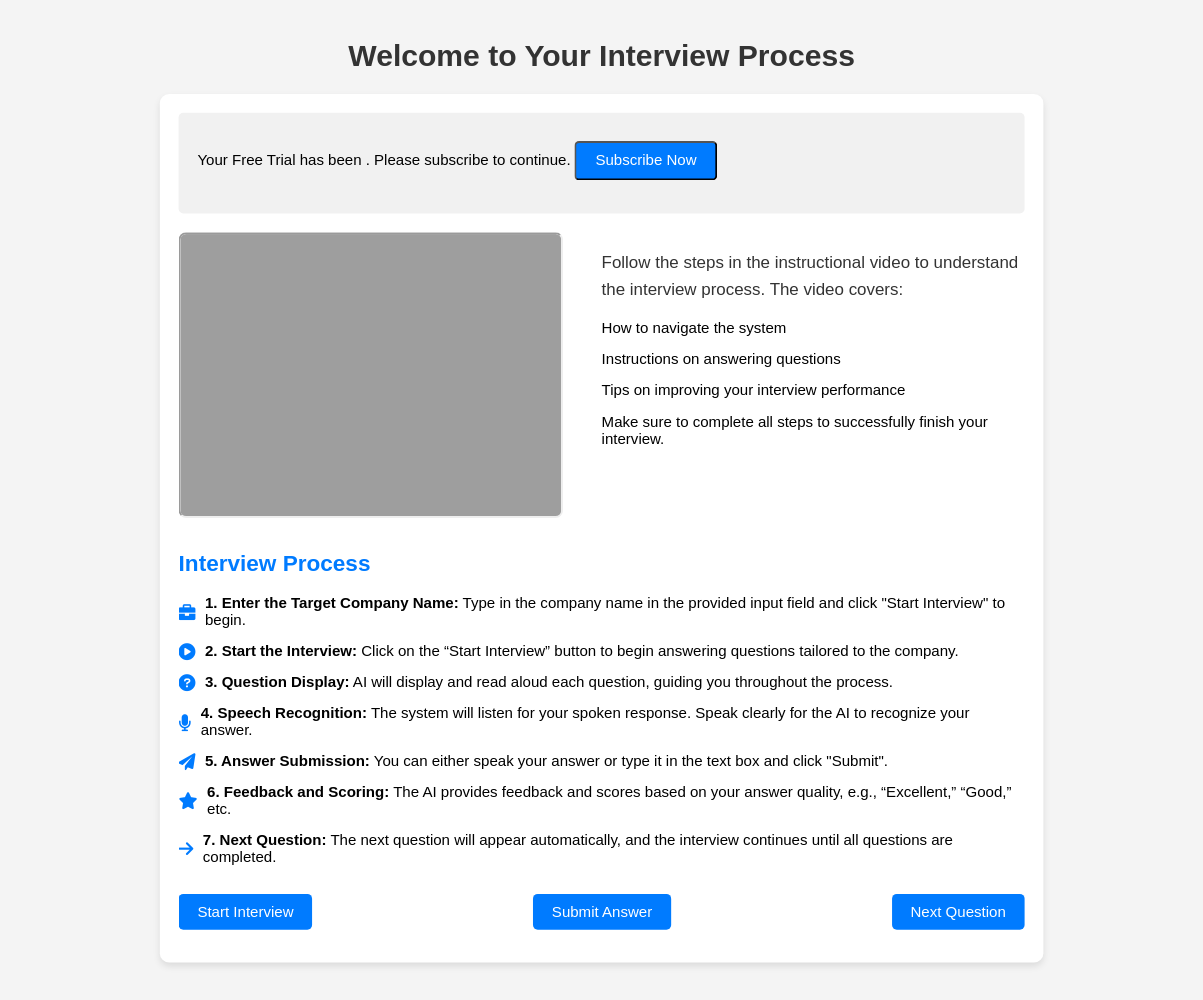
Repository: raushan22882917/Interview_platform
Page: templates/HR_Round/home.html
The author's editor kept a copy of each file at every save. The page is drawn from the files as they stood at one save, then again after the next save.
The browser window is 1280 px wide. The pictures show the whole page, at 94% of full size.
Pictures or frames that could not be fetched are drawn as grey boxes. The page is served by the project's application, run on Flask 3 (temp_code.py). The template is opened directly, without the code that normally fills it, so the values that code supplies are empty.

Above is the page before, as saved 2024-12-01 15:29:45.

### Tech_Round/templates/HR_Round/home.html
<!DOCTYPE html>
<html lang="en">
<head>
    <meta charset="UTF-8">
    <meta name="viewport" content="width=device-width, initial-scale=1.0">
    <title>Dashboard</title>
    <link href="https://cdnjs.cloudflare.com/ajax/libs/font-awesome/6.0.0-beta3/css/all.min.css" rel="stylesheet">
    <style>
        body {
            font-family: Arial, sans-serif;
            background-color: #f4f4f4;
            margin: 0;
            padding: 20px;
        }

        h1 {
            text-align: center;
            color: #333;
        }

        .process-box {
            background-color: #fff;
            padding: 20px;
            margin: 20px auto;
            border-radius: 10px;
            box-shadow: 0 4px 8px rgba(0, 0, 0, 0.1);
            width: 80%;
            max-width: 900px;
        }

        .process-box h2 {
            color: #007bff;
            font-size: 24px;
            margin-bottom: 20px;
        }

        .process-box ul {
            list-style-type: none;
            padding-left: 0;
        }

        .process-box li {
            display: flex;
            align-items: center;
            margin-bottom: 15px;
            font-size: 16px;
        }

        .process-box li i {
            font-size: 18px;
            margin-right: 10px;
            color: #007bff;
        }

        .process-box li .step {
            flex-grow: 1;
        }

        .process-box li .step span {
            font-weight: bold;
        }

        .process-box .start-button,
        .process-box .submit-button,
        .process-box .next-button,
        .process-box .subscription-button {
            display: inline-block;
            margin-top: 10px;
            background-color: #007bff;
            color: #fff;
            padding: 10px 20px;
            font-size: 16px;
            border-radius: 5px;
            text-decoration: none;
            cursor: pointer;
            margin-bottom: 15px;
        }

        .process-box .start-button:hover,
        .process-box .submit-button:hover,
        .process-box .next-button:hover,
        .process-box .subscription-button:hover {
            background-color: #0056b3;
        }

        .process-box .button-container {
            display: flex;
            justify-content: space-between;
            margin-top: 20px;
        }

        .subscription-info {
            background-color: #f1f1f1;
            padding: 20px;
            border-radius: 5px;
            margin-bottom: 20px;
        }

        /* Flexbox layout for video and text section */
        .instruction-container {
            display: flex;
            justify-content: space-between;
            margin-bottom: 30px;
        }

        .instruction-container .video {
            width: 45%;
            padding-right: 20px;
        }

        .instruction-container .text {
            width: 50%;
        }

        .instruction-container iframe {
            width: 100%;
            height: 300px;
            border-radius: 8px;
        }

        .instruction-container .text p {
            font-size: 18px;
            line-height: 1.6;
            color: #333;
        }
    </style>
</head>
<body>
    <h1>Welcome to Your Interview Process</h1>

    <div class="process-box">
        <!-- Subscription Status Section -->
        <div class="subscription-info">
            {% if button_message == "Start" %}
                You have an active subscription. You have {{ remaining_days }} days left.
                <button onclick="window.location.href='/hr_index'" class="subscription-button">Start Interview</button>
            {% elif button_message == "Renew Subscription" %}
                Your subscription has expired. Please renew it.
                <button onclick="window.location.href='/subscribe'" class="subscription-button">Renew Subscription</button>
            {% elif button_message == "Free Trial: 2 Uses Left" %}
                You have used your free trial. You have 2 uses left.
                <button onclick="window.location.href='/hr_index'" class="subscription-button">Free Trial</button>
            {% else %}
                Your Free Trial has been . Please subscribe to continue.
                <button onclick="window.location.href='/subscribe'" class="subscription-button">Subscribe Now</button>
            {% endif %}
        </div>

        <!-- Instruction Video and Text -->
        <div class="instruction-container">
            <!-- Video Section -->
            <div class="video">
                <iframe src="https://www.youtube.com/embed/VIDEO_ID" title="Instructional Video" allowfullscreen></iframe>
            </div>
            <!-- Text Section -->
            <div class="text">
                <p>
                    Follow the steps in the instructional video to understand the interview process. The video covers:
                    <ul>
                        <li>How to navigate the system</li>
                        <li>Instructions on answering questions</li>
                        <li>Tips on improving your interview performance</li>
                    </ul>
                    Make sure to complete all steps to successfully finish your interview.
                </p>
            </div>
        </div>

        <h2>Interview Process</h2>
        <ul>
            <li><i class="fas fa-briefcase"></i><div class="step"><span>1. Enter the Target Company Name:</span> Type in the company name in the provided input field and click "Start Interview" to begin.</div></li>
            <li><i class="fas fa-play-circle"></i><div class="step"><span>2. Start the Interview:</span> Click on the “Start Interview” button to begin answering questions tailored to the company.</div></li>
            <li><i class="fas fa-question-circle"></i><div class="step"><span>3. Question Display:</span> AI will display and read aloud each question, guiding you throughout the process.</div></li>
            <li><i class="fas fa-microphone"></i><div class="step"><span>4. Speech Recognition:</span> The system will listen for your spoken response. Speak clearly for the AI to recognize your answer.</div></li>
            <li><i class="fas fa-paper-plane"></i><div class="step"><span>5. Answer Submission:</span> You can either speak your answer or type it in the text box and click "Submit".</div></li>
            <li><i class="fas fa-star"></i><div class="step"><span>6. Feedback and Scoring:</span> The AI provides feedback and scores based on your answer quality, e.g., “Excellent,” “Good,” etc.</div></li>
            <li><i class="fas fa-arrow-right"></i><div class="step"><span>7. Next Question:</span> The next question will appear automatically, and the interview continues until all questions are completed.</div></li>
        </ul>

        <!-- Action buttons section -->
        <div class="button-container">
            <a href="/hr_index" class="start-button">Start Interview</a>
            <a href="/submit_answer" class="submit-button">Submit Answer</a>
            <a href="/next_question" class="next-button">Next Question</a>
        </div>
    </div>
</body>
</html>

### Tech_Round/temp_code.py
from flask import Flask, render_template, jsonify, request
import paypalrestsdk

app = Flask(__name__)

paypalrestsdk.configure({
  "mode": "sandbox", # sandbox or live
  "client_id": "AVl3kW1ZH4Tq8HG34uKdfAmQHmoLnx7eYiYrELvytySETUfm9r4vFdzNd43T8vUbhIgAhUYPCcpXl4UC",
  "client_secret": "EPLaNfxteaTDI8TE2cvG_GdTjoUi3uZW0_03Fl7-uX1ggAcUGZGeigEXv7iX4YTc-QdWwla979VcUcmu" })

@app.route('/')
def index():
    return render_template('HR_Round/pay.html')

@app.route('/payment', methods=['POST'])
def payment():

    payment = paypalrestsdk.Payment({
        "intent": "sale",
        "payer": {
            "payment_method": "paypal"},
        "redirect_urls": {
            "return_url": "http://localhost:3000/payment/execute",
            "cancel_url": "http://localhost:3000/"},
        "transactions": [{
            "item_list": {
                "items": [{
                    "name": "testitem",
                    "sku": "12345",
                    "price": "500.00",
                    "currency": "USD",
                    "quantity": 1}]},
            "amount": {
                "total": "500.00",
                "currency": "USD"},
            "description": "This is the payment transaction description."}]})

    if payment.create():
        print('Payment success!')
    else:
        print(payment.error)

    return jsonify({'paymentID' : payment.id})

@app.route('/execute', methods=['POST'])
def execute():
    success = False

    payment = paypalrestsdk.Payment.find(request.form['paymentID'])

    if payment.execute({'payer_id' : request.form['payerID']}):
        print('Execute success!')
        success = True
    else:
        print(payment.error)

    return jsonify({'success' : success})

if __name__ == '__main__':
    app.run(debug=True)

After the next save:
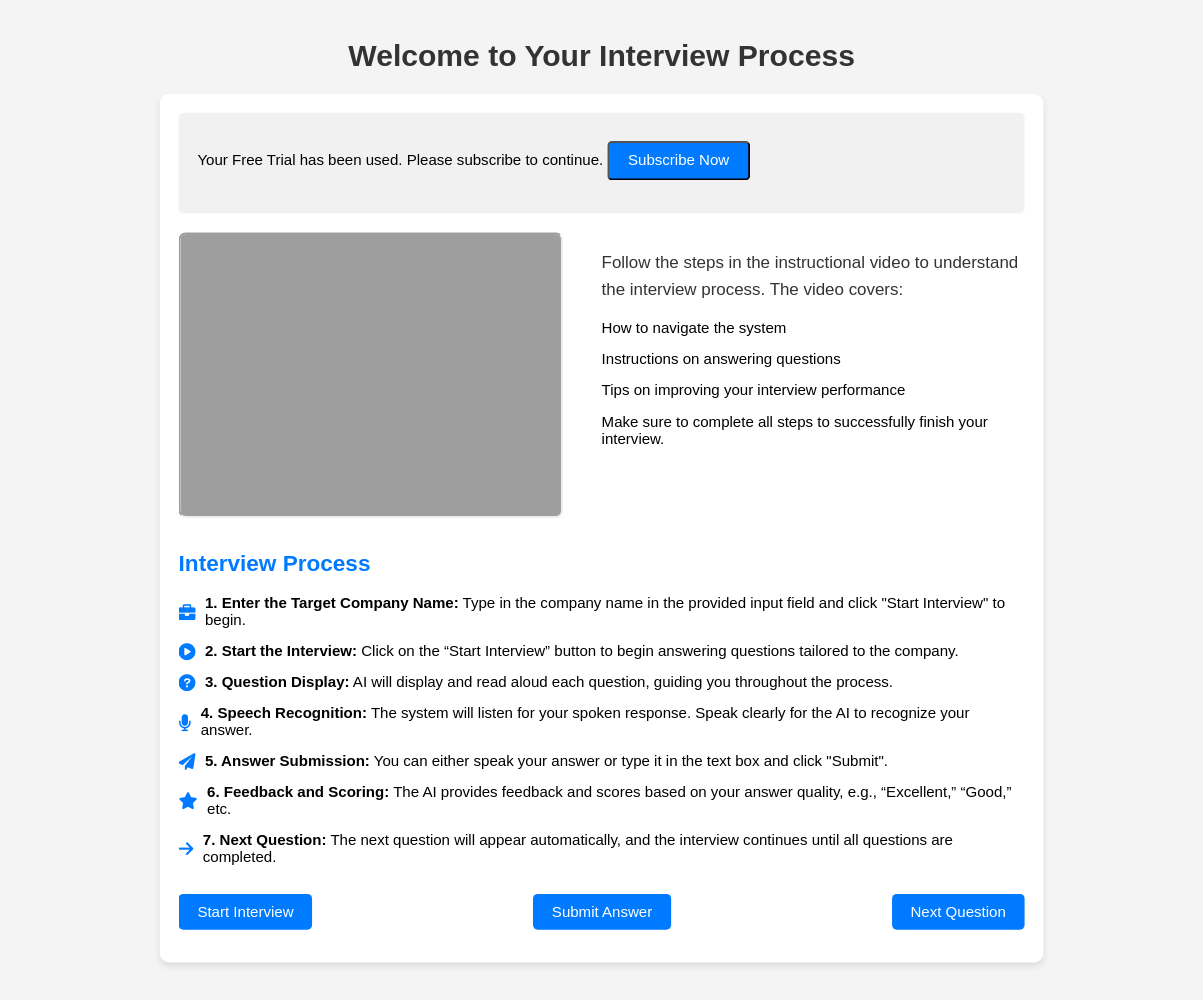
Saved 4 s later.
--- a/Tech_Round/templates/HR_Round/home.html
+++ b/Tech_Round/templates/HR_Round/home.html
@@ -141,7 +141,7 @@
                 You have used your free trial. You have 2 uses left.
                 <button onclick="window.location.href='/hr_index'" class="subscription-button">Free Trial</button>
             {% else %}
-                Your Free Trial has been . Please subscribe to continue.
+                Your Free Trial has been used. Please subscribe to continue.
                 <button onclick="window.location.href='/subscribe'" class="subscription-button">Subscribe Now</button>
             {% endif %}
         </div>
